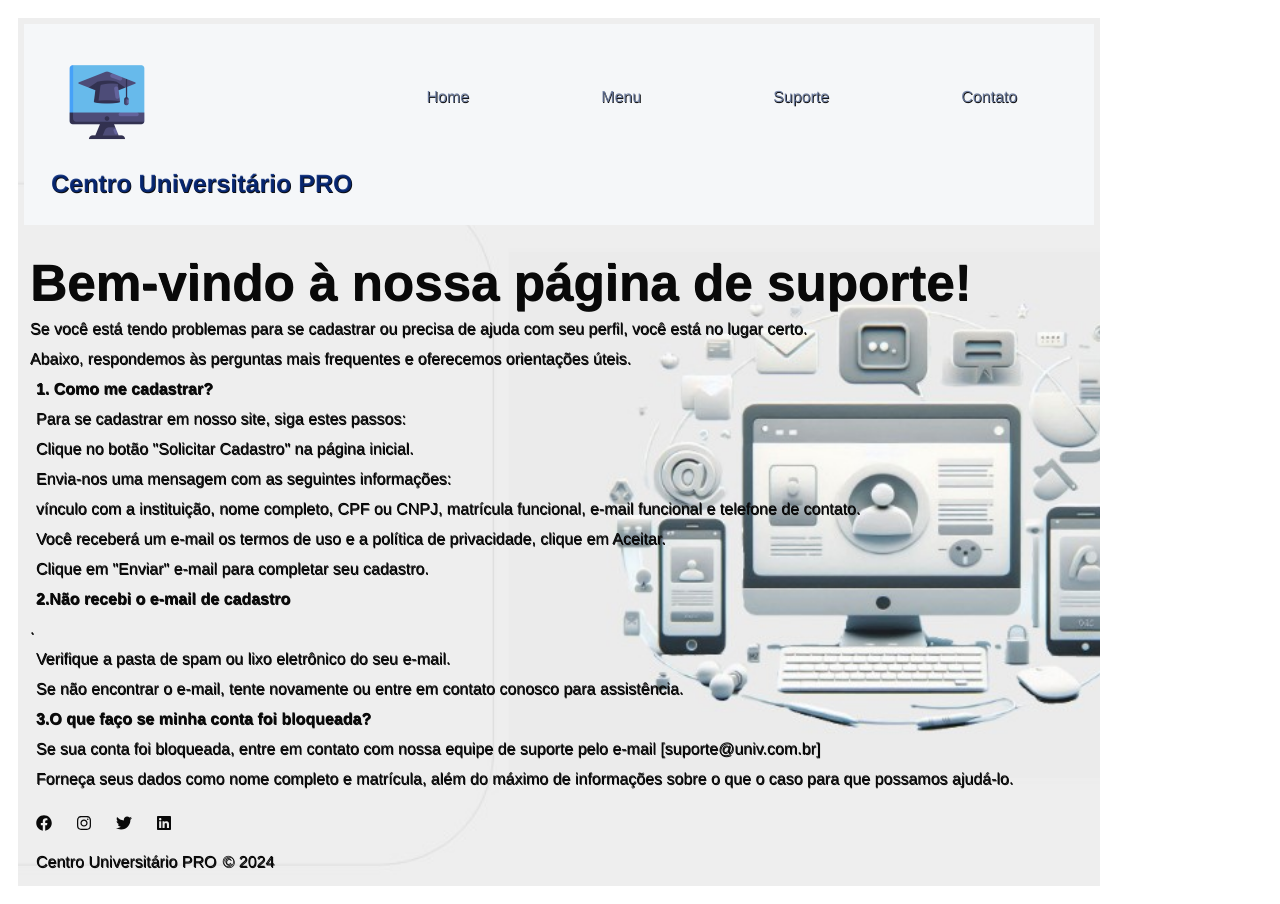
Repository: DanuziaRA/Cadastros-de-Usuarios
Page: /suporte
These files come from the project's save history. The page is drawn as it stood at one moment and after the next save; the edit follows.
The browser window is 1280 px wide. The pictures show the whole page.
The project was rebuilt for these pictures with package versions that can differ from the ones it lists, and the page was loaded fresh each time. Also part of the build but not shown: vite.config.js, src/components/Footer.css, src/router/Contact.jsx, src/router/ErrorPage.jsx, src/router/ContactDetails.jsx, src/router/Login.css, src/router/Login.jsx, src/router/Menu.jsx and 10 more.

Above is the page before, as saved 2024-10-02 16:41:05.

After the next save:
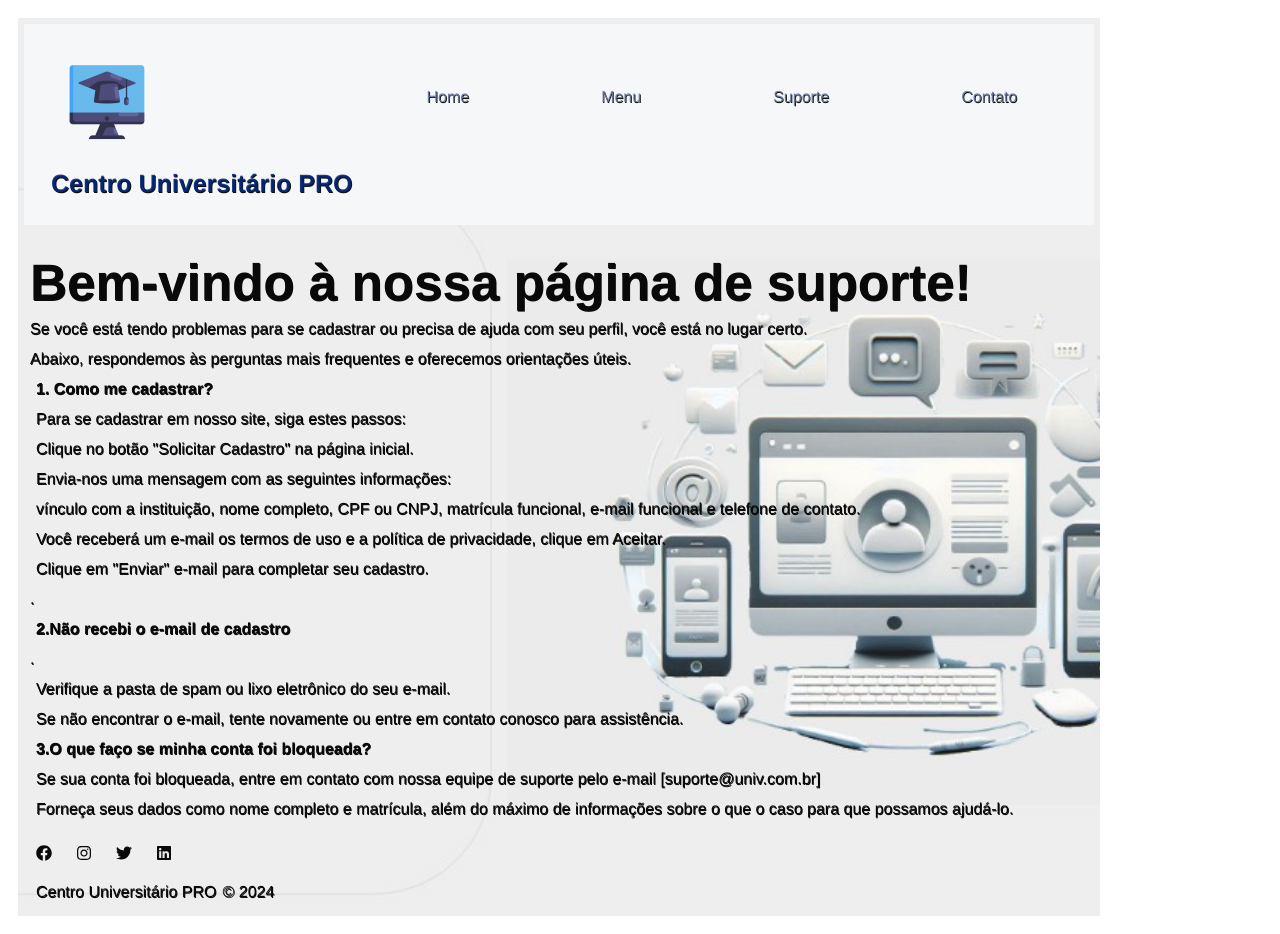
Saved 20 s later.
--- a/src/router/Suporte.jsx
+++ b/src/router/Suporte.jsx
@@ -16,7 +16,7 @@ function Suporte() {
 <p>Envia-nos uma mensagem com as seguintes informações:</p>
 <p>vínculo com a instituição, nome completo, CPF ou CNPJ, matrícula funcional, e-mail funcional e telefone de contato.</p>
 <p>Você receberá um e-mail os termos de uso e a política de privacidade, clique em Aceitar.</p>
-<p>Clique em "Enviar" e-mail para completar seu cadastro.</p>
+<p>Clique em "Enviar" e-mail para completar seu cadastro.</p>.
 </div>
 
 <div>

After the save that followed:
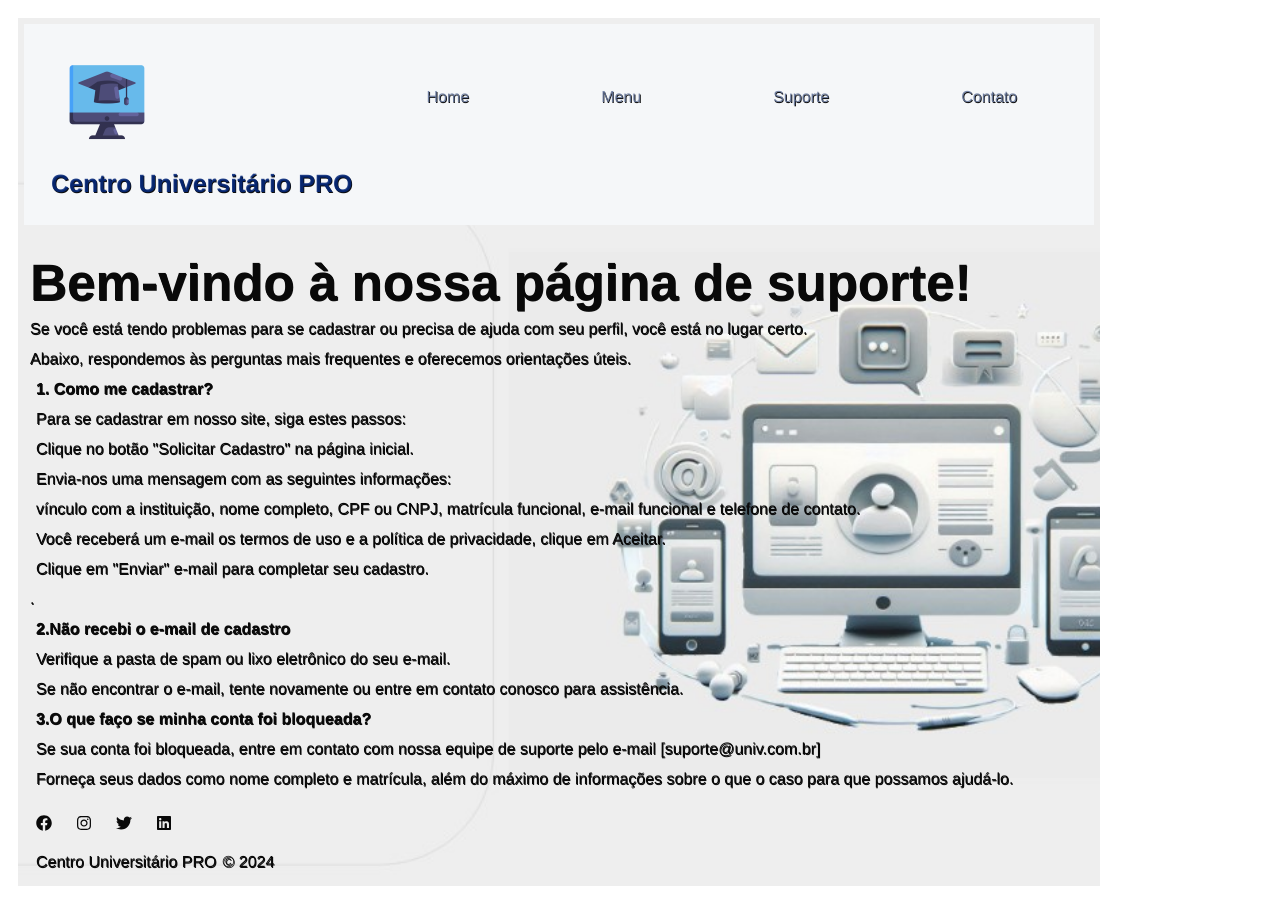
Saved 8 s later.
--- a/src/router/Suporte.jsx
+++ b/src/router/Suporte.jsx
@@ -20,7 +20,7 @@ function Suporte() {
 </div>
 
 <div>
-        <h3>2.Não recebi o e-mail de cadastro</h3>.
+        <h3>2.Não recebi o e-mail de cadastro</h3>
         <p>Verifique a pasta de spam ou lixo eletrônico do seu e-mail.</p>
         <p> Se não encontrar o e-mail, tente novamente ou entre em contato conosco para assistência.</p>
         </div>
